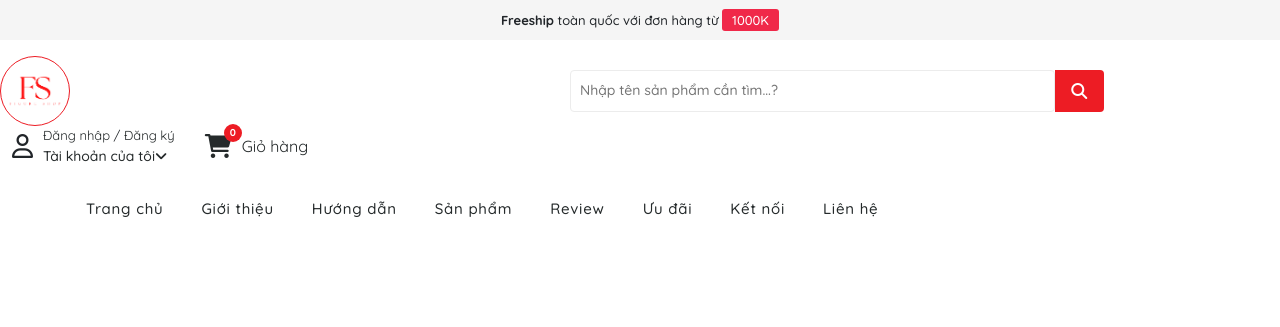
Repository: hayashi13597/ES6_ASM
Page: ASM1/index.html
The author's editor kept a copy of each file at every save. The page is drawn from the files as they stood at one save, then again after the next save.
The browser window is 1280 px wide. The pictures show the whole page.
The style sheet was rebuilt from its Sass, Less or Tailwind sources for each picture, by a compiler version that may differ from the author's.

Above is the page before, as saved 2023-01-11 16:08:30.

After the next save:
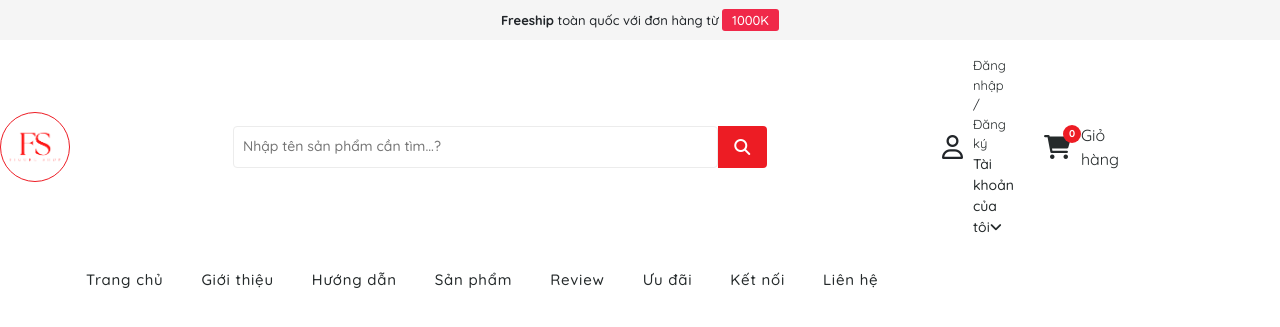
Saved 30 s later.
--- a/ASM1/index.html
+++ b/ASM1/index.html
@@ -38,14 +38,14 @@
         </p>
       </div>
       <div class="container row header-middle">
-        <a href="index.html" class="header-middle--logo"
+        <a href="index.html" class="col-2 header-middle--logo"
           ><img src="img/jewelry.png" alt=""
         /></a>
-        <div class="header-middle--search">
+        <div class="col-8 header-middle--search">
           <input type="text" placeholder="Nhập tên sản phẩm cần tìm...?" />
           <button><i class="fa-solid fa-magnifying-glass"></i></button>
         </div>
-        <div class="header-middle--right">
+        <div class="col-2 header-middle--right">
           <div class="user">
             <div class="user-icon">
               <i class="fa-regular fa-user"></i>
